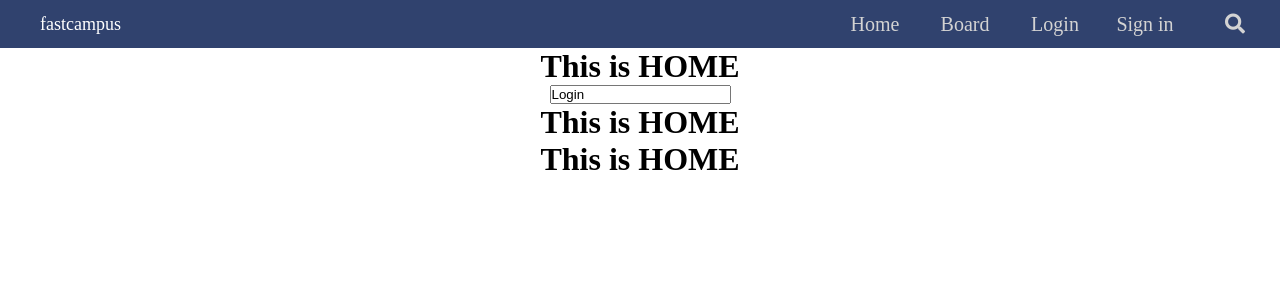
Repository: ReneeKang/Spring_jungsuk
Page: http://localhost/ch2/
An editor plug-in stored every save of this project. The page is shown before and after the next save, followed by the edit.
The browser window is 1280 px wide. The pictures show the whole page.
Some web libraries are served in a nearby version. The page is served by Tomcat 9.

Above is the page before, as saved 2022-04-17 09:18:28.

After the next save:
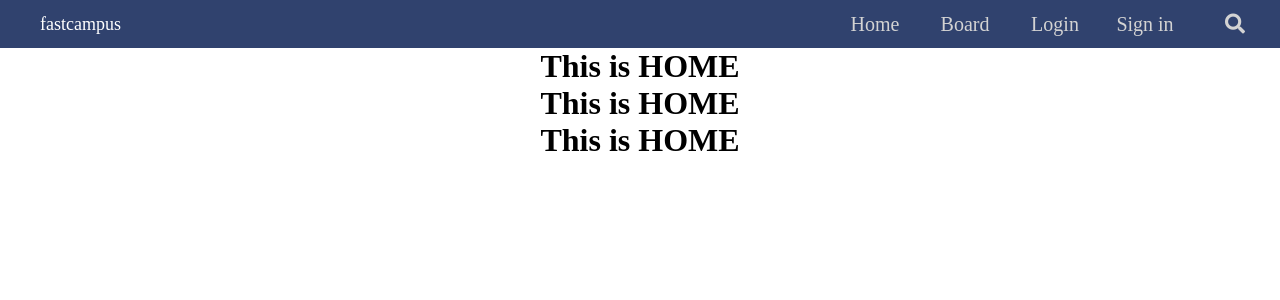
Saved 11 s later.
--- a/ch2/src/main/webapp/WEB-INF/views/index.jsp
+++ b/ch2/src/main/webapp/WEB-INF/views/index.jsp
@@ -24,7 +24,7 @@
 	</ul>
 </div>
 <div style="text-align:center">
-	<h1>This is HOME</h1> <input type="text" name="toURL" value="${loginOut}">
+	<h1>This is HOME</h1>
 	<h1>This is HOME</h1>
 	<h1>This is HOME</h1>
 </div>
